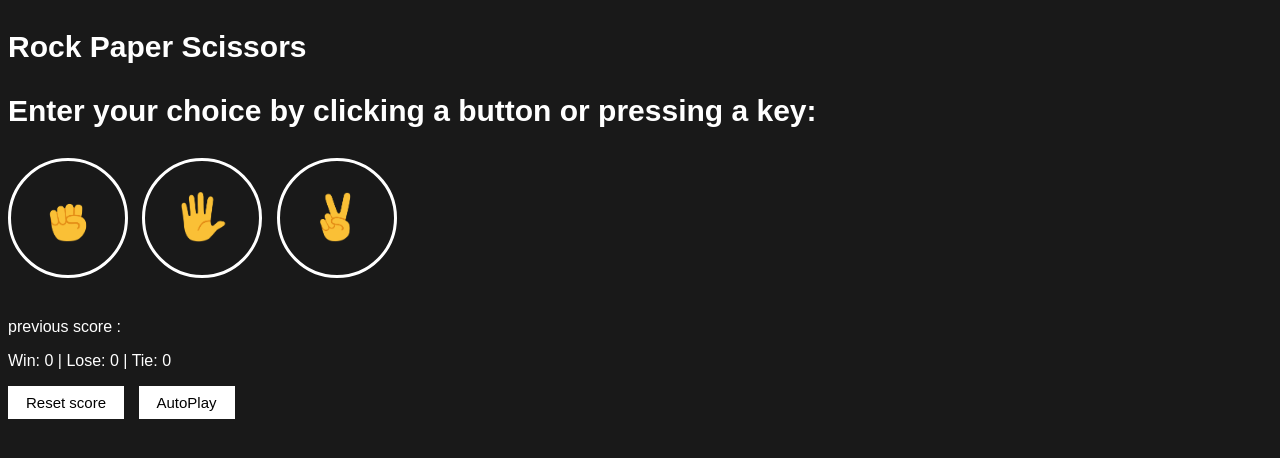
Repository: Gaurav124937/javascript
Page: html/08-rock-paper-scissors-evetlistner.html
The author's editor kept a copy of each file at every save. The page is drawn from the files as they stood at one save, then again after a run of saves.
The browser window is 1280 px wide. The pictures show the whole page.

Above is the page before, as saved 2026-04-06 21:36:08.

### html/08-rock-paper-scissors-evetlistner.html
<!DOCTYPE html>
<html lang="en">

<head>
    <meta charset="UTF-8">
    <meta name="viewport" content="width=device-width, initial-scale=1.0">
    <title>Document</title>
    <link rel="stylesheet" href="../css/rock-paper-scisssor-autoplay.css">
</head>



<body>
    <p class="title">Rock Paper Scissors</p>
    <p class="title">Enter your choice by clicking a button or pressing a key:</p>
    <button  class="game-button rock-button">
        <img src="../images/rock-emoji.png" class="button-emoji"></button>
    <button  class="game-button paper-button">
        <img src="../images/paper-emoji.png" class="button-emoji"></button>
    <button  class="game-button scissors-button">
        <img src="../images/scissors-emoji.png" class="button-emoji"></button>
    <p class="displayresult"></p>
    <p class="choices"></p>
    <p class="js-previous-score previous"> previous score :</p>
    <p class="score-display"></p>
    <button onclick="resetScore() " class="reset-score">Reset score</button>
    <button onclick="autoPlay()" class="auto-play-button">AutoPlay</button>
    <script src="../js/rock-paper-scisssor-autoplay-eventlistner.js"></script>
</body>


</html>

### css/rock-paper-scisssor-autoplay.css
body {
    font-family: Arial, sans-serif;
    color: white;
    background-color: rgb(25, 25, 25);
}

.title {
    font-size: 30px;
    font-weight: bold;
    margin-bottom: 30px;
}

.game-button {
    width: 120px;
    height: 120px;
    border-radius: 90px;
    background-color: rgb(25, 25, 25);
    border: 3px solid white;
    margin-right: 10px;
    cursor: pointer;
}

.button-emoji {
    width: 50px;
}

.result-display {
    font-size: 25px;
    font-weight: bold;
    margin-top: 50px;
}

.choice-display {
    font-size: 15px;
    margin-top: 20px;
    vertical-align: top;
}

.previous {
    margin-top: 40px;
}

.reset-score {
    padding: 8px 18px;
    font-size: 15px;
    background-color: white;
    color: black;
    border: none;
    cursor: pointer;
}

.auto-play-button {
    padding: 8px 18px;
    font-size: 15px;
    background-color: white;
    color: black;
    border: none;
    cursor: pointer;
    margin-left: 10px;
}

### js/rock-paper-scisssor-autoplay-eventlistner.js
const score = localStorage.getItem('score') ? JSON.parse(localStorage.getItem('score')) : { win: 0, lose: 0, tie: 0 };

updateScoreElement();

//function to play the game

function ComputerChoice() {
    let randomNumber = Math.random();
    let ComputerChoice = '';
    if (randomNumber > 0 && randomNumber < 1 / 3) {
        ComputerChoice = 'rock';
    } else if (randomNumber > 1 / 3 && randomNumber < 2 / 3) {
        ComputerChoice = 'paper';
    } else {
        ComputerChoice = 'scissors';
    }
    return ComputerChoice;
}


    //main game function
        document.querySelector('.rock-button').addEventListener('click', () => playGame('rock'));
        document.querySelector('.paper-button').addEventListener('click', () => playGame('paper'));
        document.querySelector('.scissors-button').addEventListener('click', () => playGame('scissors'));


        document.body.addEventListener('keydown', (event) => {
            if (event.key === 'r' || event.key === 'R') {
                playGame('rock');
            } else if (event.key === 'p' || event.key === 'P') {
                playGame('paper');
            } else if (event.key === 's' || event.key === 'S') {
                playGame('scissors');
            }
        });



function playGame(playerChoice) {
    document.querySelector('.js-previous-score').innerHTML = '';


    let returnedComputerChoice = ComputerChoice();

    //function to compare choices and determine result
    function copmarison() {
        let result = '';
        if (playerChoice === returnedComputerChoice) {
            score.tie++;
            result = 'Tie';
        } else if (
            (playerChoice === 'rock' && returnedComputerChoice === 'scissors') ||
            (playerChoice === 'paper' && returnedComputerChoice === 'rock') ||
            (playerChoice === 'scissors' && returnedComputerChoice === 'paper')
        ) {
            score.win++;
            result = "You win.";
        } else {
            score.lose++;
            result = "You lose.";
        }
        //store score in local storage
        localStorage.setItem('score', JSON.stringify(score));
        return result;
    }




    //display results on the webpage
    const resultElement = document.querySelector('.displayresult');
    resultElement.innerText = copmarison();
    resultElement.classList.add('result-display');


    //display choices
    const choiceElement = document.querySelector('.choices');

    choiceElement.innerHTML = `You chose: <img src="../images/${playerChoice}-emoji.png" class="button-emoji"> | Computer chose: <img src="../images/${returnedComputerChoice}-emoji.png" class="button-emoji">`;
    choiceElement.classList.add('choice-display');

    //display score
    updateScoreElement();



}
//function to reset score
function resetScore() {
    score.win = 0;
    score.lose = 0;
    score.tie = 0;
    localStorage.removeItem('score');
    alert(`Scores have been reset.`);
    updateScoreElement();
    document.querySelector('.choices').innerText = '';
    document.querySelector('.displayresult').innerText = '';

}

function updateScoreElement() {
    document.querySelector('.score-display').innerText = `Win: ${score.win} | Lose: ${score.lose} | Tie: ${score.tie}`;
}


let isAutoPlaying = false;
let autoPlayInterval;
function autoPlay() {
    if(!isAutoPlaying){
        autoPlayInterval = setInterval(function(){
        let playerMove=ComputerChoice();
        playGame(playerMove);
    }, 1000);
    isAutoPlaying=true;
    }
    else{
        clearInterval(autoPlayInterval);
        isAutoPlaying=false;
    }
}

After the next 2 saves:
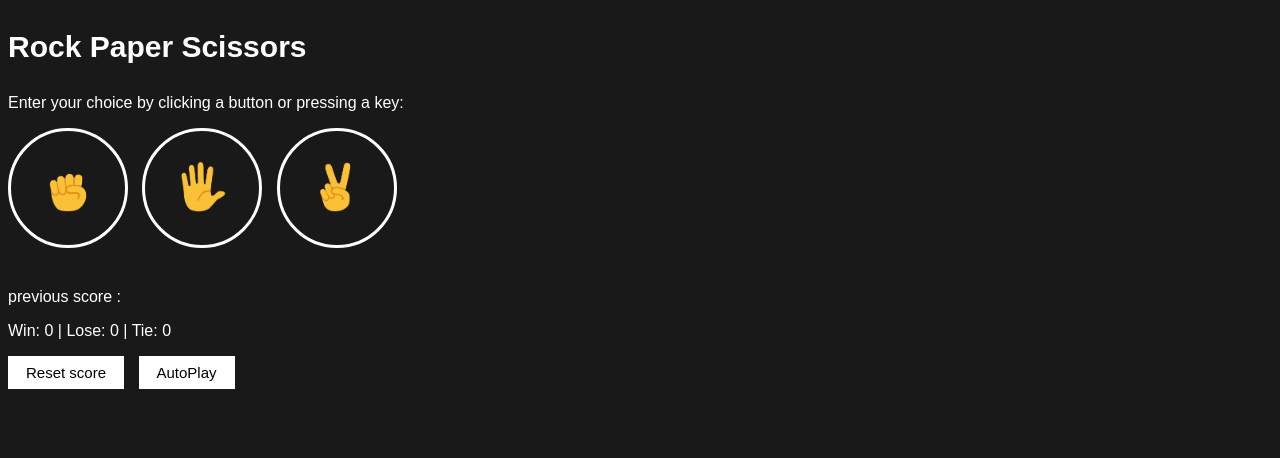
The 2 saves are shown as one change because they came seconds apart.
The last was saved 12 s later.
--- a/html/08-rock-paper-scissors-evetlistner.html
+++ b/html/08-rock-paper-scissors-evetlistner.html
@@ -12,7 +12,7 @@
 
 <body>
     <p class="title">Rock Paper Scissors</p>
-    <p class="title">Enter your choice by clicking a button or pressing a key:</p>
+    <p class="instructions">Enter your choice by clicking a button or pressing a key:</p>
     <button  class="game-button rock-button">
         <img src="../images/rock-emoji.png" class="button-emoji"></button>
     <button  class="game-button paper-button">
